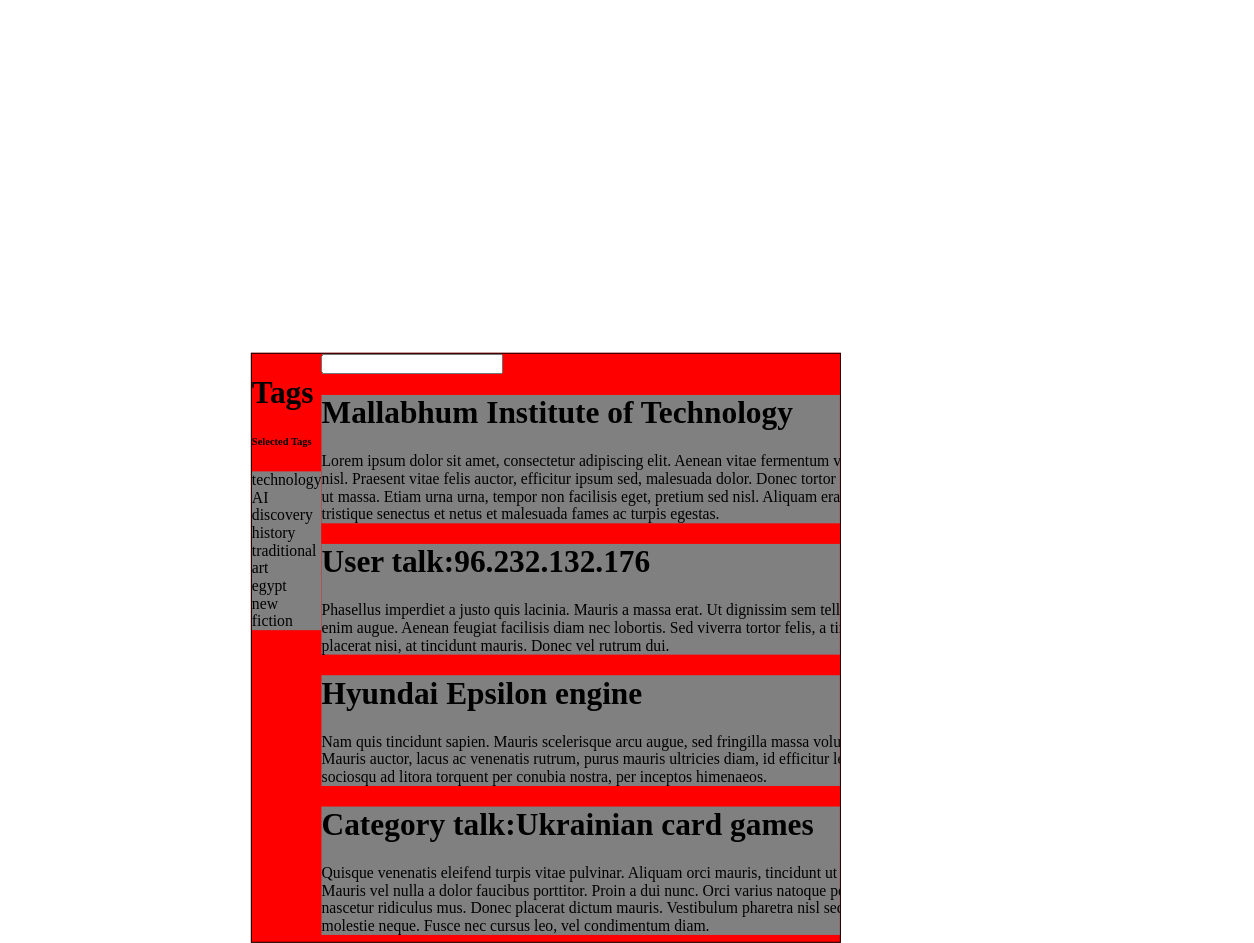
Repository: KelaiAffaf/bridger
Page: /
The author's editor kept a copy of each file at every save. The page is drawn from the files as they stood at one save, then again after a run of saves.
The browser window is 1280 px wide. The pictures show the whole page, at 98% of full size.
The project was rebuilt for these pictures with package versions that can differ from the ones it lists, and the page was loaded fresh each time. Also part of the build but not shown: vite.config.js.

Above is the page before, as saved 2023-06-08 11:20:16.

### src/App.jsx
// eslint-disable-next-line no-unused-vars
import React, { useState } from "react";
import { data } from "./NewComponents/data.js";
import Tag from "./NewComponents/Tag";
import InfoBox from "./NewComponents/InfoBox";

function App() {


  const [value, setValue] = useState("");

  const getTags = (data) => {
    const tagsArray = [];

    data.forEach((user) => {
      user.tags.forEach((tag) => {
        if (!tagsArray.includes(tag)) {
          tagsArray.push(tag);
        }
      });
    });

    return tagsArray;
  };

  const uniqueTags = getTags(data);

  return (
    <div
    style={{
      display: "flex",
      justifyContent: "space-between",
      width: "600px",
      height: "600px",
      border: "1px solid black",
      backgroundColor: "red",
      overflow: "hidden",
      position: "absolute",
      top: "50%",
      left: "20%",
    }}
      >
      <div>
        <h1>Tags</h1>
        <h6>Selected Tags</h6>
        <Tag tags={uniqueTags} />
      </div>

      <div
      style={{
        height: "500px",
        backgroundColor:"red"
      }}
      >
        <input onChange={(e) => setValue(e.target.value)} />
        {data &&
          data.map((user) => (
            <div key={user.id}>
              {(user.title.includes(value) ||
                user.content.includes(value)) && (
                <InfoBox title={user.title} body={user.content} />
              )}
            </div>
          ))}
      </div>
    </div>
  );
}

export default App;

### src/NewComponents/data.js
// articles
export const  data = [
    {
        "id": 1,
        "title": "Mallabhum Institute of Technology",
        "content": "Lorem ipsum dolor sit amet, consectetur adipiscing elit. Aenean vitae fermentum velit. In a pulvinar nibh. Vivamus eu eros nisl. Praesent vitae felis auctor, efficitur ipsum sed, malesuada dolor. Donec tortor tortor, sagittis sed maximus ac, euismod ut massa. Etiam urna urna, tempor non facilisis eget, pretium sed nisl. Aliquam erat volutpat. Pellentesque habitant morbi tristique senectus et netus et malesuada fames ac turpis egestas.",
        "tags": ["technology", "AI", "discovery"]
    },
    {
        "id": 2,
        "title": "User talk:96.232.132.176",
        "content": "Phasellus imperdiet a justo quis lacinia. Mauris a massa erat. Ut dignissim sem tellus, at aliquet nibh rutrum non. Donec at enim augue. Aenean feugiat facilisis diam nec lobortis. Sed viverra tortor felis, a tincidunt risus malesuada nec. Donec et placerat nisi, at tincidunt mauris. Donec vel rutrum dui.",
        "tags": ["history","technology", "traditional"]
    },
    {
        "id": 3,
        "title": "Hyundai Epsilon engine",
        "content": "Nam quis tincidunt sapien. Mauris scelerisque arcu augue, sed fringilla massa volutpat sit amet. Aenean vitae orci tellus. Mauris auctor, lacus ac venenatis rutrum, purus mauris ultricies diam, id efficitur lectus tortor sed urna. Class aptent taciti sociosqu ad litora torquent per conubia nostra, per inceptos himenaeos.",
        "tags": ["art","egypt"]
    },
    {
        "id": 4,
        "title": "Category talk:Ukrainian card games",
        "content": "Quisque venenatis eleifend turpis vitae pulvinar. Aliquam orci mauris, tincidunt ut sollicitudin sit amet, convallis quis orci. Mauris vel nulla a dolor faucibus porttitor. Proin a dui nunc. Orci varius natoque penatibus et magnis dis parturient montes, nascetur ridiculus mus. Donec placerat dictum mauris. Vestibulum pharetra nisl sed eros dictum tristique. Praesent ac molestie neque. Fusce nec cursus leo, vel condimentum diam.",
        "tags": ["discovery","history"]
    },
    {
        "id": 5,
        "title": "Pellentesque non vulputate dolor",
        "content": "Fusce aliquam scelerisque lorem, a gravida ante efficitur eu. Duis ultricies leo scelerisque ante lacinia, ac viverra elit aliquam. Nullam at faucibus nisl. Nunc fringilla in urna sed suscipit. Integer in ipsum lectus. Pellentesque non vulputate dolor, vel scelerisque sapien. Nulla facilisi. Duis at sodales lacus. In hac habitasse platea dictumst.",
        "tags": ["new","fiction"]
    }
  ]

### src/NewComponents/Tag.jsx
import React from 'react'

function Tag({tags}) {
  return (
   <div>
    <div
    style={{
      borderRedius: '5px',
      backgroundColor: 'grey',
    }}
    >
      {tags && tags.map(ele=><div >{ele}</div>)
    }
    </div>
   </div>
  )
}

export default Tag

### src/NewComponents/InfoBox.jsx
import React from 'react'

function InfoBox({title,body}) {
  return (
    <div
    style={{
      backgroundColor: 'grey',
      width :"800px"
    }}
    >
        <h1>{title}</h1>
        <p>{body} </p>
    </div>
  )
}

export default InfoBox

Loaded but not shown: index.html (common file); src/main.jsx (common file)

After the next 2 saves:
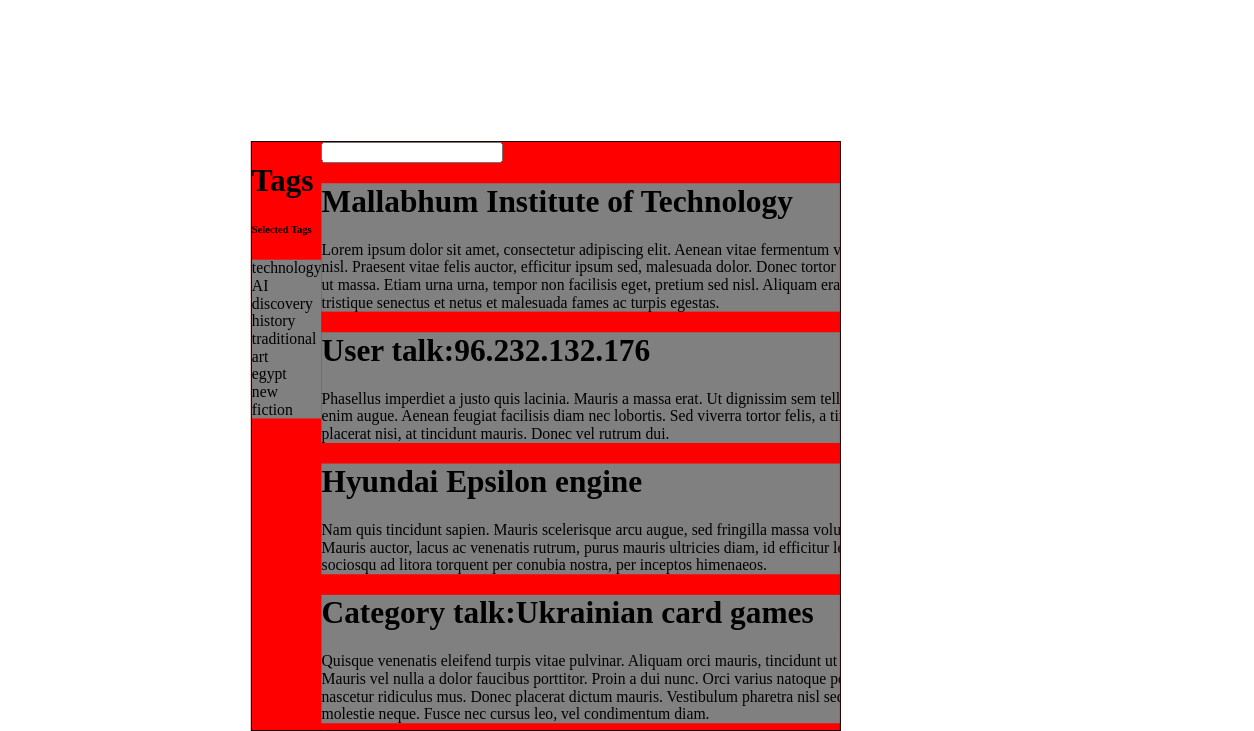
The 2 saves are shown as one change because they came seconds apart.
The last was saved 6 s later.
--- a/src/App.jsx
+++ b/src/App.jsx
@@ -36,7 +36,7 @@
       backgroundColor: "red",
       overflow: "hidden",
       position: "absolute",
-      top: "50%",
+      top: "20%",
       left: "20%",
     }}
       >
